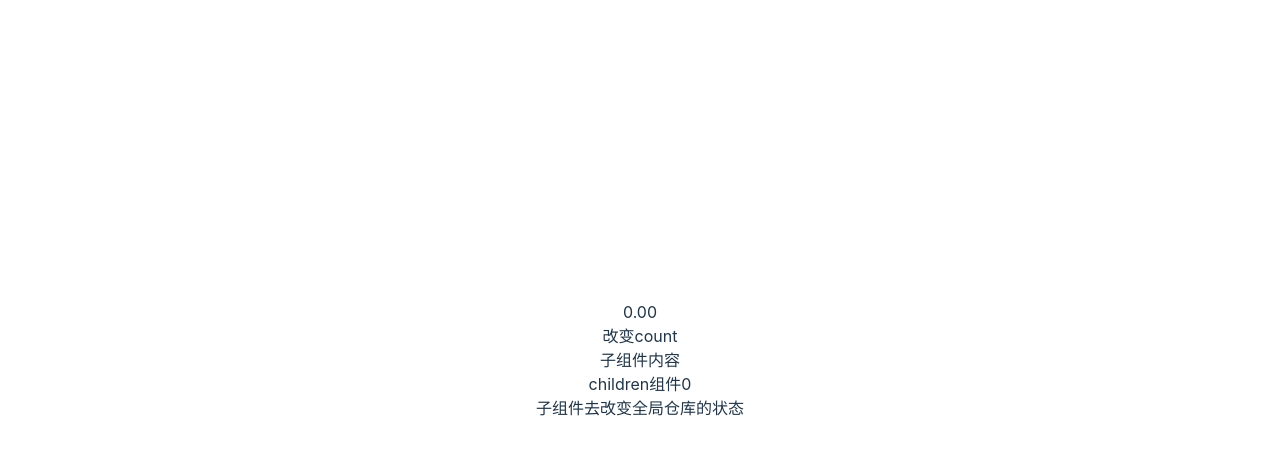
Repository: ruyanwangshi/lernReact
Page: /#/ (app in vite-project/)
An editor plug-in stored every save of this project. The page is shown before and after the next save, followed by the edit.
The browser window is 1280 px wide. The pictures show the whole page.
The project was rebuilt for these pictures with package versions that can differ from the ones it lists, and the page was loaded fresh each time. Also part of the build but not shown: vite-project/vite.config.js, vite-project/src/1.前端框架概览/other.jsx.

Above is the page before, as saved 2023-02-19 17:06:22.

After the next save:
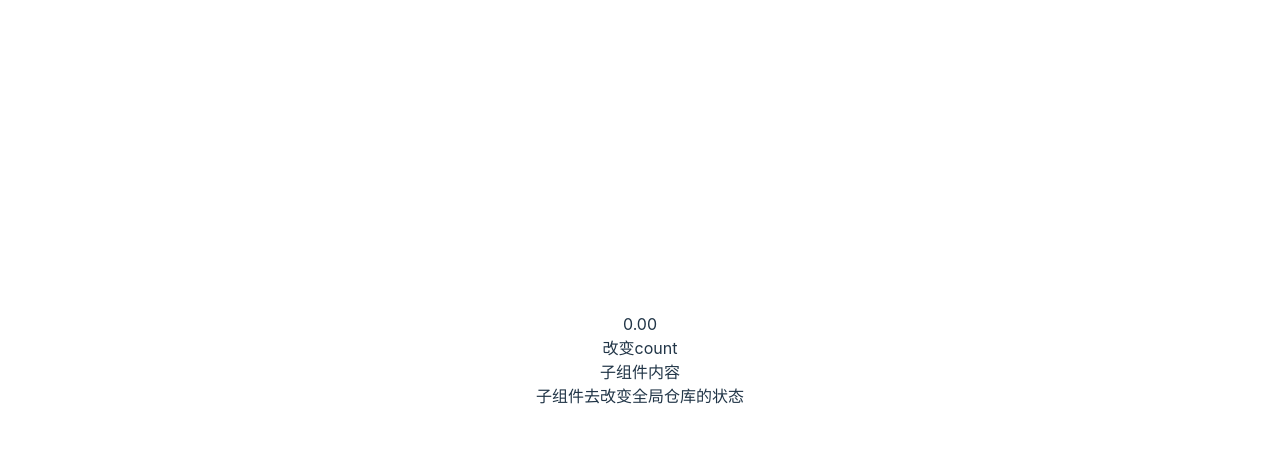
Saved 71 s later.
--- a/vite-project/src/1.前端框架概览/components/children.jsx
+++ b/vite-project/src/1.前端框架概览/components/children.jsx
@@ -14,7 +14,7 @@ function Children(props) {
     }
     return (
         <div>
-            children组件{state.count}
+            {/* children组件{state.count} */}
             <div onClick={changeState}>
                 子组件去改变全局仓库的状态
 
